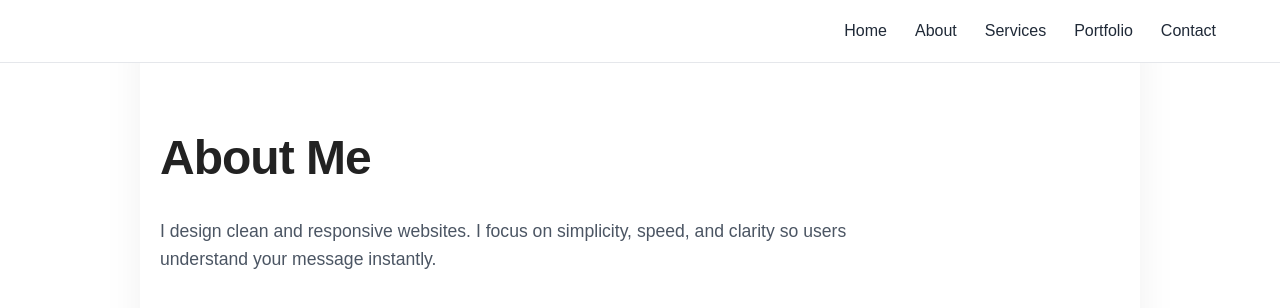
Repository: aljonvega18/Portfolio
Page: about.html
An editor plug-in stored every save of this project. The page is shown before and after the next save, followed by the edit.
The browser window is 1280 px wide. The pictures show the whole page.

Above is the page before, as saved 2026-02-02 16:43:17.

### about.html
<!DOCTYPE html>
<html lang="en">
<head>
    <meta charset="UTF-8">
    <meta name="viewport" content="width=device-width, initial-scale=1.0">
    <title>Aljon Vega | Junior Dev Portfolio</title>
    <link rel="stylesheet" href="style.css">

</head>
<body>
<header>
    <div class="navbar">
        <nav>
            <ul>
                <li><a href="index.html">Home</a></li>
                <li><a href="about.html">About</a></li>
                <li><a href="services.html">Services</a></li>
                <li><a href="portfolio.html">Portfolio</a></li>
                <li><a href="contact.html">Contact</a></li>
            </ul>
        </nav>
    </div>
</header>

<main style="padding-top:120px; max-width:1000px; margin:auto; padding:120px 20px;">
    <h1>About Me</h1>
    <p>I design clean and responsive websites. I focus on simplicity, speed, and clarity so users understand your message instantly.</p>
</main>
</body>
</html>

### style.css
html, body {
margin: 0;
padding: 0;
overflow: hidden;
}
* {
box-sizing: border-box;
margin: 0;
padding: 0;
font-family: Arial, sans-serif;
}
body {
        background: #fff;
        color: #222;
        line-height: 1.6;
        }

/* NAVBAR */
header {
    position: fixed;
    top: 0;
    width: 100%;
    background: rgba(255, 255, 255, 0.9);

    border-bottom: 1px solid #e5e7eb;
    z-index: 1000;
}

.navbar {
    max-width: 1200px;
    margin: auto;
    display: flex;
    align-items: center;
    padding: 18px 24px;
}

.logo {
    height: 42px;
}

/* CENTER NAV */
nav {
    margin-left: auto;
}

nav ul {
    display: flex;
    list-style: none;
    gap: 28px;
}

nav a {
    text-decoration: none;
    color: #1f2937;
    font-weight: 500;
    position: relative;
    padding-bottom: 4px;
    transition: color 0.3s ease;
}

/* UNDERLINE HOVER EFFECT */
nav a::after {
    content: "";
    position: absolute;
    left: 0;
    bottom: 0;
    width: 0;
    height: 2px;
    background: #6366f1;
    transition: width 0.3s ease;
}

nav a:hover {
    color: #6366f1;
}

nav a:hover::after {
    width: 100%;
}
/* MAIN CONTENT */
main {
    padding-top: 140px;
    max-width: 1000px;
    margin: auto;
    padding-left: 24px;
    padding-right: 24px;
}

/* SECTION STYLE */
main h1 {
    font-size: 3rem;
    font-weight: 800;
    margin-bottom: 20px;
    letter-spacing: -1px;
}

main p {
    font-size: 1.1rem;
    max-width: 700px;
    color: #4b5563;
}

/* CARD FEEL FOR CONTENT */
main {
    background: #ffffff;
    border-radius: 18px;
    padding-bottom: 80px;
    box-shadow: 0 20px 40px rgba(0, 0, 0, 0.06);
}

/* RESPONSIVE */
@media (max-width: 768px) {
    nav ul {
        gap: 18px;
    }

    main h1 {
        font-size: 2.2rem;
    }
}
.hero {
    padding-top: 120px;
    padding-bottom: 60px;
    background: #f9f9f9;}
.hero-container {
    max-width: 1200px;
    margin: auto; display: flex;
    align-items: center;
    justify-content: space-between;
    gap: 40px;
    padding: 40px 20px; }
.hero-content h3 {
    font-size: 20px;
}
.hero-content h1 {
    font-size: 48px;
    margin: 10px 0;
}
.hero-content p {
    margin-bottom: 20px;
}
.btn {
    display: inline-block;
    background: #c38eb4;
    color: #fff;
    padding: 12px 24px;
    text-decoration: none;
    border-radius: 25px;
}
.btn:hover {
    opacity: 0.9;
}
.social-links {
    margin-top: 15px;
    display: flex;
    gap: 15px;
}
.social-icon {
    color: #222;
    font-size: 18px;
}
.hero-image img {
    width: 320px;
    max-width: 100%;
}

/* RESPONSIVE */
@media (max-width: 768px) {
.hero-container { flex-direction: column-reverse; text-align: center; }
nav ul { gap: 12px; }
.hero-content h1 { font-size: 36px; }
}

.blob-svg {
    width: 100%;
    max-width: 420px;
    aspect-ratio: 1 / 1;
}

.blob-svg:hover #blobClip {
    transform: scale(1.15);
    transform-origin: center;
}

.text-content {
    font: 700 10px/1.2 system-ui, -apple-system, Segoe UI, Roboto, Arial, sans-serif;
    letter-spacing: 1.5px;
    text-transform: uppercase;
    fill: white;
}

After the next save:
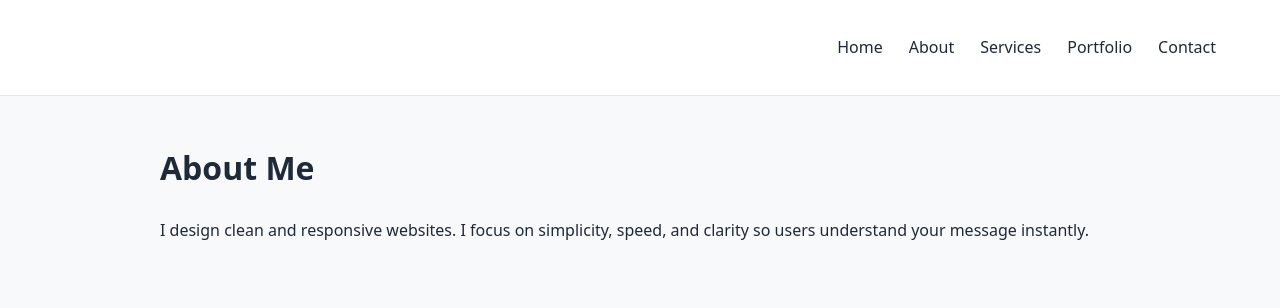
Saved 4 min 45 s later.
--- a/style.css
+++ b/style.css
@@ -1,19 +1,19 @@
 html, body {
-margin: 0;
-padding: 0;
-overflow: hidden;
-}
+    margin: 0;
+    padding: 0;
+    overflow-x: hidden;
+}
+
 * {
-box-sizing: border-box;
-margin: 0;
-padding: 0;
-font-family: Arial, sans-serif;
-}
+    box-sizing: border-box;
+    font-family: system-ui, Arial, sans-serif;
+}
+
 body {
-        background: #fff;
-        color: #222;
-        line-height: 1.6;
-        }
+    background: #f8f9fb;
+    color: #1f2937;
+    line-height: 1.7;
+}
 
 /* NAVBAR */
 header {
@@ -21,7 +21,6 @@ header {
     top: 0;
     width: 100%;
     background: rgba(255, 255, 255, 0.9);
-
     border-bottom: 1px solid #e5e7eb;
     z-index: 1000;
 }
@@ -38,7 +37,6 @@ header {
     height: 42px;
 }
 
-/* CENTER NAV */
 nav {
     margin-left: auto;
 }
@@ -46,7 +44,7 @@ nav {
 nav ul {
     display: flex;
     list-style: none;
-    gap: 28px;
+    gap: 26px;
 }
 
 nav a {
@@ -55,10 +53,8 @@ nav a {
     font-weight: 500;
     position: relative;
     padding-bottom: 4px;
-    transition: color 0.3s ease;
-}
-
-/* UNDERLINE HOVER EFFECT */
+}
+
 nav a::after {
     content: "";
     position: absolute;
@@ -70,42 +66,98 @@ nav a::after {
     transition: width 0.3s ease;
 }
 
-nav a:hover {
-    color: #6366f1;
-}
-
 nav a:hover::after {
     width: 100%;
 }
-/* MAIN CONTENT */
+
+/* HERO */
+.hero {
+    padding-top: 140px;
+    background: linear-gradient(180deg, #f9fafb, #ffffff);
+}
+
+.hero-container {
+    max-width: 1200px;
+    margin: auto;
+    display: flex;
+    align-items: center;
+    justify-content: space-between;
+    gap: 40px;
+    padding: 60px 24px;
+}
+
+.hero-content h3 {
+    color: #6366f1;
+    font-size: 18px;
+}
+
+.hero-content h1 {
+    font-size: 48px;
+    margin: 10px 0;
+}
+
+.hero-content p {
+    max-width: 500px;
+    color: #4b5563;
+}
+
+.btn {
+    display: inline-block;
+    margin-top: 20px;
+    background: #6366f1;
+    color: white;
+    padding: 14px 30px;
+    border-radius: 30px;
+    text-decoration: none;
+}
+
+.btn:hover {
+    opacity: 0.9;
+}
+
+.social-links {
+    margin-top: 18px;
+    display: flex;
+    gap: 16px;
+}
+
+.social-icon {
+    font-size: 18px;
+    color: #1f2937;
+}
+
+/* MAIN */
 main {
-    padding-top: 140px;
-    max-width: 1000px;
+    max-width: 1100px;
     margin: auto;
-    padding-left: 24px;
-    padding-right: 24px;
-}
-
-/* SECTION STYLE */
-main h1 {
-    font-size: 3rem;
-    font-weight: 800;
+    padding: 80px 24px;
+}
+
+section {
+    margin-bottom: 80px;
+}
+
+h2 {
+    font-size: 2.4rem;
     margin-bottom: 20px;
-    letter-spacing: -1px;
-}
-
-main p {
-    font-size: 1.1rem;
-    max-width: 700px;
-    color: #4b5563;
-}
-
-/* CARD FEEL FOR CONTENT */
-main {
-    background: #ffffff;
+}
+
+/* GRID SECTIONS */
+.card-grid {
+    display: grid;
+    grid-template-columns: repeat(auto-fit, minmax(260px, 1fr));
+    gap: 24px;
+}
+
+.card {
+    background: white;
+    padding: 28px;
     border-radius: 18px;
-    padding-bottom: 80px;
-    box-shadow: 0 20px 40px rgba(0, 0, 0, 0.06);
+    box-shadow: 0 10px 30px rgba(0,0,0,0.05);
+}
+
+.card h3 {
+    margin-bottom: 10px;
 }
 
 /* RESPONSIVE */
